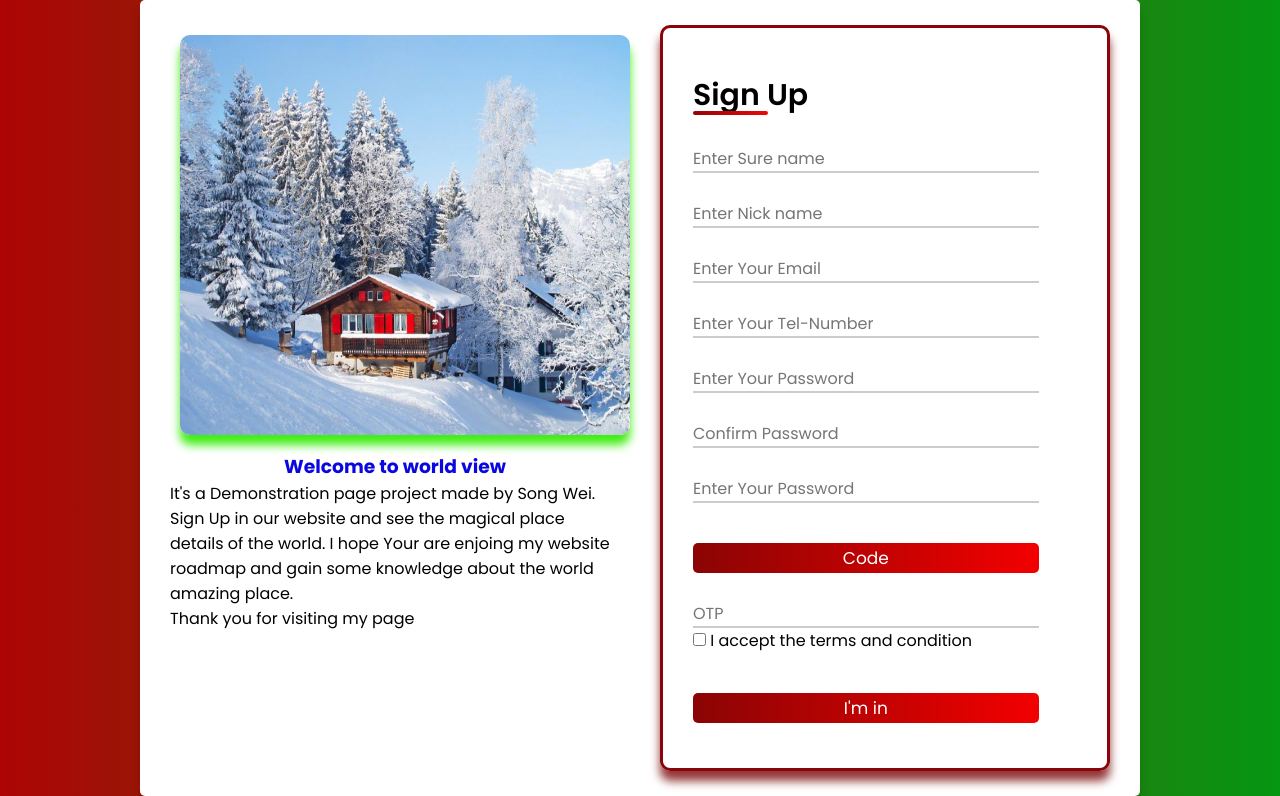
Repository: dev-ashik/Halloween
Page: Reg Page/Index.html
An editor plug-in stored every save of this project. The page is shown before and after the next save, followed by the edit.
The browser window is 1280 px wide. The pictures show the whole page.

Above is the page before, as saved 2021-12-21 22:43:40.

After the next save:
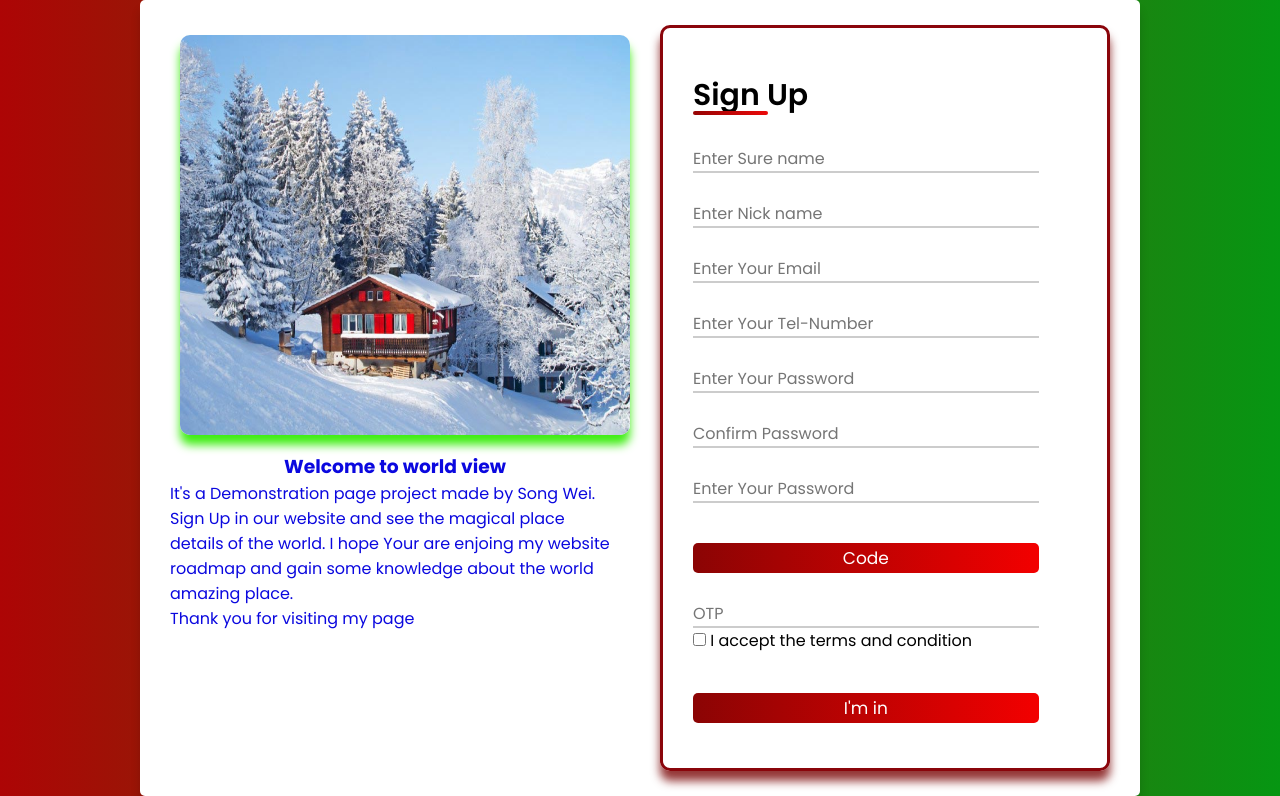
Saved 37 s later.
--- a/Reg Page/CSS/main.css
+++ b/Reg Page/CSS/main.css
@@ -44,6 +44,10 @@ body {
 
 .con .bann h3 {
     text-align: center;
+    color: #0b08df;
+}
+
+.con .bann p {
     color: #0b08df;
 }
 
